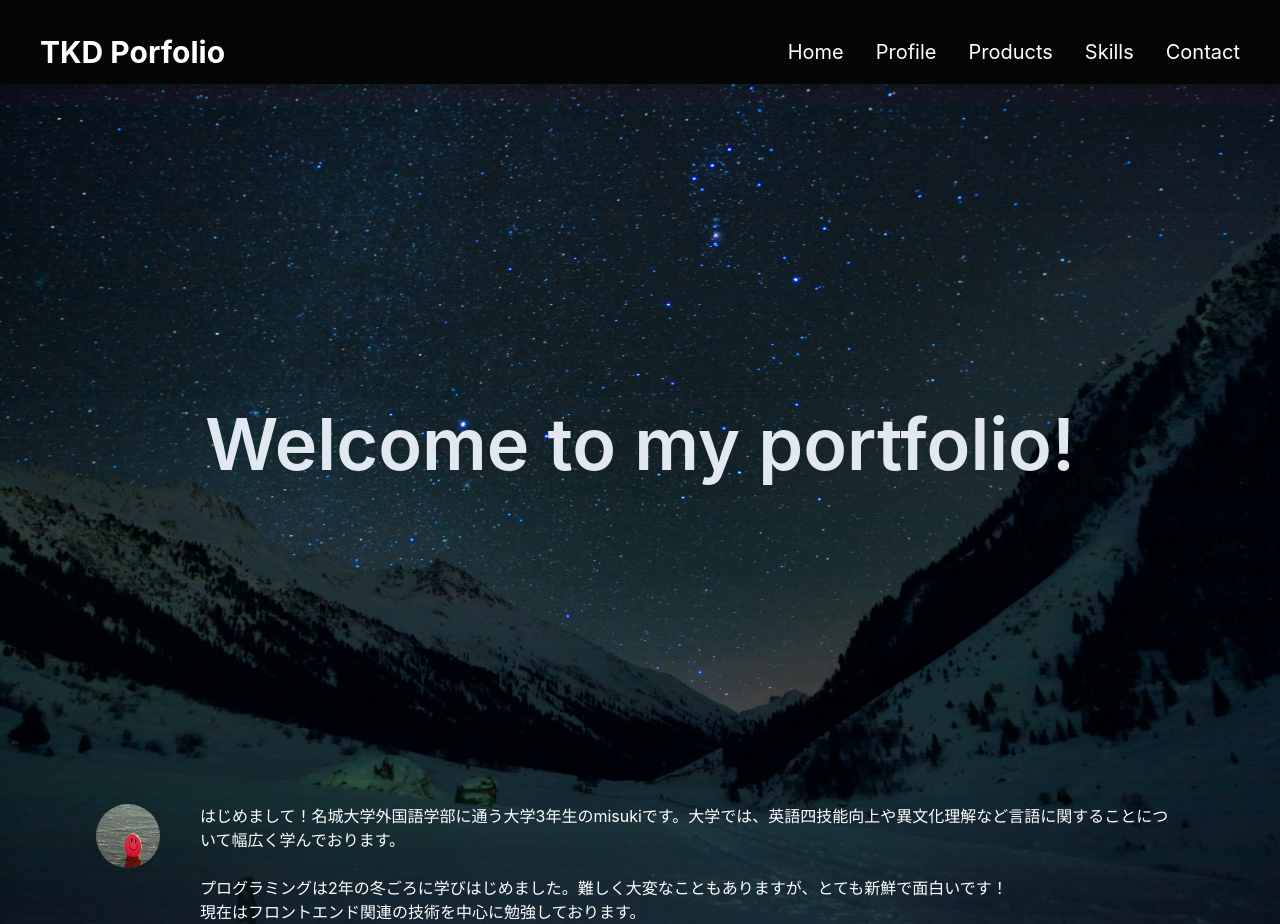
Repository: MitukiTakada/todo-aplication
Page: / (app in design/dev/react-tailwind/react-tailwind/)
These files come from the project's save history. The page is drawn as it stood at one moment and after a run of saves; the edit follows.
The browser window is 1280 px wide. The pictures show the whole page.
The project was rebuilt for these pictures with package versions that can differ from the ones it lists, and the page was loaded fresh each time. Also part of the build but not shown: design/dev/react-tailwind/react-tailwind/src/components/Contact.jsx, design/dev/react-tailwind/react-tailwind/src/components/Products.jsx, design/dev/react-tailwind/react-tailwind/src/components/Profile.jsx, design/dev/react-tailwind/react-tailwind/src/components/Skills.jsx.

Above is the page before, as saved 2022-11-19 14:56:00.

### design/dev/react-tailwind/react-tailwind/public/index.html
<!DOCTYPE html>
<html lang="en">
  <head>
    <meta charset="utf-8" />
    <link rel="icon" href="%PUBLIC_URL%/favicon.ico" />
    <meta name="viewport" content="width=device-width, initial-scale=1" />
    <meta name="theme-color" content="#000000" />
    <meta
      name="description"
      content="Web site created using create-react-app"
    />
    <link rel="apple-touch-icon" href="%PUBLIC_URL%/logo192.png" />
    <link rel ="stylesheet" href="https://cdnjs.cloudflare.com/ajax/libs/font-awesome/5.15.3/css/all.min.css">
    <!--
      manifest.json provides metadata used when your web app is installed on a
      user's mobile device or desktop. See https://developers.google.com/web/fundamentals/web-app-manifest/
    -->
    <link rel="manifest" href="%PUBLIC_URL%/manifest.json" />
    <!--
      Notice the use of %PUBLIC_URL% in the tags above.
      It will be replaced with the URL of the `public` folder during the build.
      Only files inside the `public` folder can be referenced from the HTML.

      Unlike "/favicon.ico" or "favicon.ico", "%PUBLIC_URL%/favicon.ico" will
      work correctly both with client-side routing and a non-root public URL.
      Learn how to configure a non-root public URL by running `npm run build`.
    -->
    <title>React App</title>
  </head>
  <body>
    <noscript>You need to enable JavaScript to run this app.</noscript>
    <div id="root"></div>
    <!--
      This HTML file is a template.
      If you open it directly in the browser, you will see an empty page.

      You can add webfonts, meta tags, or analytics to this file.
      The build step will place the bundled scripts into the <body> tag.

      To begin the development, run `npm start` or `yarn start`.
      To create a production bundle, use `npm run build` or `yarn build`.
    -->
  </body>
</html>

### design/dev/react-tailwind/react-tailwind/src/index.jsx
import React from 'react';
import ReactDOM from 'react-dom/client';
import './index.css';
import App from './App';
import reportWebVitals from './reportWebVitals';
import { BrowserRouter } from 'react-router-dom';
import { ChakraProvider } from '@chakra-ui/provider';

const root = ReactDOM.createRoot(document.getElementById('root'));
root.render(
  <React.StrictMode>
    <BrowserRouter>
        <ChakraProvider>
          <App />
        </ChakraProvider>
    </BrowserRouter>
  </React.StrictMode>
);

// If you want to start measuring performance in your app, pass a function
// to log results (for example: reportWebVitals(console.log))
// or send to an analytics endpoint. Learn more: https://bit.ly/CRA-vitals
reportWebVitals();

### design/dev/react-tailwind/react-tailwind/src/App.jsx
import { BrowserRouter, Routes, Route } from "react-router-dom";
import Contact from "./components/Contact";
import Header from "./components/Header";
import Home from "./components/Home";
import Products from "./components/Products";
import Profile from "./components/Profile";
import Skills from "./components/Skills";


function App() {
  return (
    <div className=" bg-body  text-white w-full sm:px-0 pt-5">
     <Header />
      <Routes>
        <Route path="/" element={<Home />}/>
        <Route path="/prfole" element={<Profile />}/>
        <Route path="products" element={<Products />}/>
        <Route path="/skills" element={<Skills />}/>
        <Route path="/contact" element={<Contact />}/>
      </Routes>
    </div>
  );
}

export default App;

### design/dev/react-tailwind/react-tailwind/src/components/Header.jsx
import React from 'react'
import { Link } from 'react-router-dom'
import "./output.css"
import Hamburger from './atoms/Hamburger'

const Header = () => {
  return (
    <header className="container flex justify-between  w-full items-center mr-0 relative h-16 px-10">
      <div>
        <h2 className="text-2xl font-bold md:text-3xl">TKD Porfolio</h2>
      </div>
      <nav className="flex space-x-8 text-xl ml-8 items-center hidden md:block">
        <Link to={"/"} className="link">Home</Link>
        <Link to={"/profile"} className="link">Profile</Link>
        <Link to={"/products"} className="link">Products</Link>
        <Link to={"/skills"} className="link">Skills</Link>
        <Link to={"/contact"} className="link">Contact</Link>
      </nav>
      <Hamburger className="md:hidden absolute right-3"/>
    </header>
  )
}

export default Header

### design/dev/react-tailwind/react-tailwind/src/components/Home.jsx
import React from 'react'
import mainImage from "../images/main-image.jpeg"
import "./Home.css";
import userImage from "../images/user.jpg"

const Home = () => {
  return (
    <div className="home ">
      <div className="items-center ">
        <h1 className=" font-semibold text-3xl 100v text-center text-slate-200 lg:text-7xl md:text-5xl">Welcome to my portfolio!</h1>
      </div>
      <div className="flex mx-auto px-24 space-x-10">
        <img src={userImage} alt="" className="h-16 w-16 rounded-full"/>
        <div>
        <p>
          はじめまして！名城大学外国語学部に通う大学3年生のmisukiです。大学では、英語四技能向上や異文化理解など言語に関することについて幅広く学んでおります。
        </p>
          <br />
          <p>
          プログラミングは2年の冬ごろに学びはじめました。難しく大変なこともありますが、とても新鮮で面白いです！
          </p>
          <p>
          現在はフロントエンド関連の技術を中心に勉強しております。
          </p>
          </div>
      </div>
    </div>
  )
}

export default Home

### design/dev/react-tailwind/react-tailwind/src/components/output.css
.link {
  @apply hover:text-purple-400 transition-all duration-300;
}
.drawer-link {
  @apply hover:text-purple-400 transition-all duration-300 text-xl block text-center my-3;
}
.contact-btn {
  @apply bg-purple-500 font-bold text-xl px-3 py-2 rounded border-none hover:bg-purple-800 duration-300 transition-all mt-10
}
.secondary-title {
  @apply text-3xl font-bold;
}
.secondary-title::before {
  content: "";
  @apply block w-12 h-2 bg-purple-400 rounded-full mb-1;
}

.section-paragraph {
  @apply text-secondary my-6 w-full max-w-3xl
}

.badge {
  @apply px-4 py-2 text-sm rounded bg-badge block
}

.send-btn {
  @apply bg-teal-400 font-bold text-xl px-3 py-2 rounded border-none hover:bg-teal-600 duration-300 transition-all mt-10
}

### design/dev/react-tailwind/react-tailwind/src/components/atoms/Hamburger.jsx
import React from 'react'
import {
  Drawer,
  DrawerBody,
  DrawerOverlay,
  DrawerContent,
  DrawerCloseButton,
  useDisclosure,
  Button
} from '@chakra-ui/react'
import { Link } from 'react-router-dom';
import { HamburgerIcon } from '@chakra-ui/icons';

const Hamburger = () => {
  const { isOpen, onOpen, onClose } = useDisclosure()
  return (
    <div className="md:hidden">
        <HamburgerIcon h={30} w={30} className="hover:text-purple-400 duration-300 transition-all cursor-pointer"
        onClick={onOpen}
        />
        <Drawer isOpen={isOpen} onClose={onClose} placement="left" size="xs">
          <DrawerOverlay>
            <DrawerContent>
              <DrawerBody className="w-2/5 bg-slate-200 h-full p-12">
                <div className="z-20 space-y-5 text-xl">
                  <Link to={"/"} className="link drawer-link">Home</Link>
                  <Link to={"/profile"} className="link drawer-link">Profile</Link>
                  <Link to={"/products"} className="link drawer-link">Products</Link>
                  <Link to={"/skills"} className="link drawer-link">Skills</Link>
                  <Link to={"/contact"} className="link drawer-link">Contact</Link>
                  <DrawerCloseButton className="text-white text-md  p-2 rounded mt-15 mx-auto bg-red-400 transition-all duration-300 hover:bg-red-700 ">閉じる</DrawerCloseButton>
                </div>
              </DrawerBody>
            </DrawerContent>
          </DrawerOverlay>
        </Drawer>
      </div>
  )
}

export default Hamburger

### design/dev/react-tailwind/react-tailwind/src/components/Home.css
.home {
  background-image: url(../images/mountain.jpeg);
  background-position: center;
  background-size: cover;
  height: 100%;
  width: 100%;
}

.home h1 {
  line-height: 100vh;
  align-items: center;
}

### design/dev/react-tailwind/react-tailwind/tailwind.config.js
/** @type {import('tailwindcss').Config} */
module.exports = {
  content: [
    "./src/**/*.{js,jsx,ts,tsx}",
  ],
  theme: {
    extend: {

      colors: {
        body: "#050505",
        secondary: "#9191A4",
        badge: "#3F3F51"
      },
      lineHeight: {
        "100v": "100vh"
      }
    },
  },
  plugins: [],
}

Loaded but not shown: design/dev/react-tailwind/react-tailwind/src/index.css (common file); design/dev/react-tailwind/react-tailwind/src/reportWebVitals.js (common file)

After the next 3 saves:
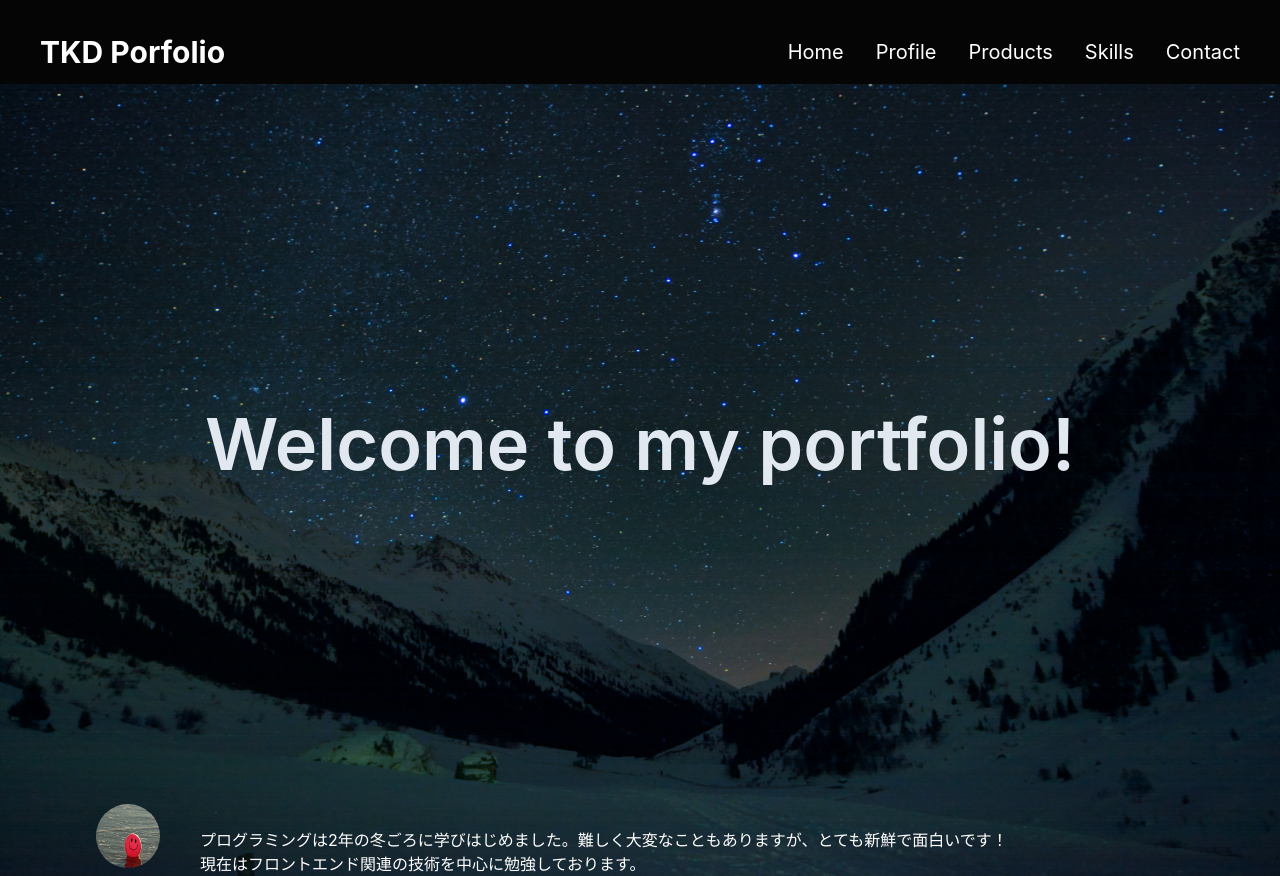
The 3 saves are shown as one change because they came seconds apart.
The last was saved 11 s later.
--- a/design/dev/react-tailwind/react-tailwind/src/components/Home.jsx
+++ b/design/dev/react-tailwind/react-tailwind/src/components/Home.jsx
@@ -12,9 +12,9 @@ const Home = () => {
       <div className="flex mx-auto px-24 space-x-10">
         <img src={userImage} alt="" className="h-16 w-16 rounded-full"/>
         <div>
-        <p>
-          はじめまして！名城大学外国語学部に通う大学3年生のmisukiです。大学では、英語四技能向上や異文化理解など言語に関することについて幅広く学んでおります。
-        </p>
+          <p>
+
+          </p>
           <br />
           <p>
           プログラミングは2年の冬ごろに学びはじめました。難しく大変なこともありますが、とても新鮮で面白いです！
